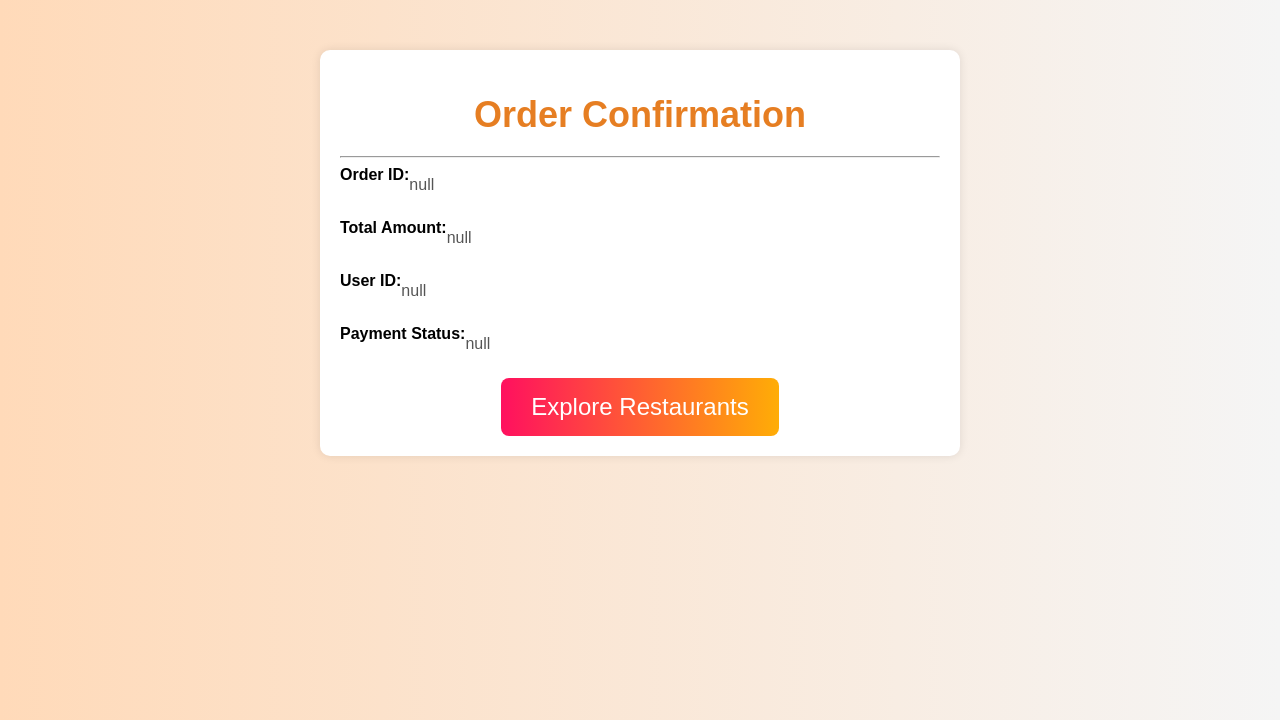
Repository: SWATHIBHUMA/FoodDelivaryApp
Page: http://localhost/FoodDelivaryApp/orderConfirmation.jsp
The author's editor kept a copy of each file at every save. The page is drawn from the files as they stood at one save, then again after the next save.
The browser window is 1280 px wide. The pictures show the whole page.
The page is served by Tomcat 9.

Above is the page before, as saved 2024-01-16 07:28:08.

After the next save:
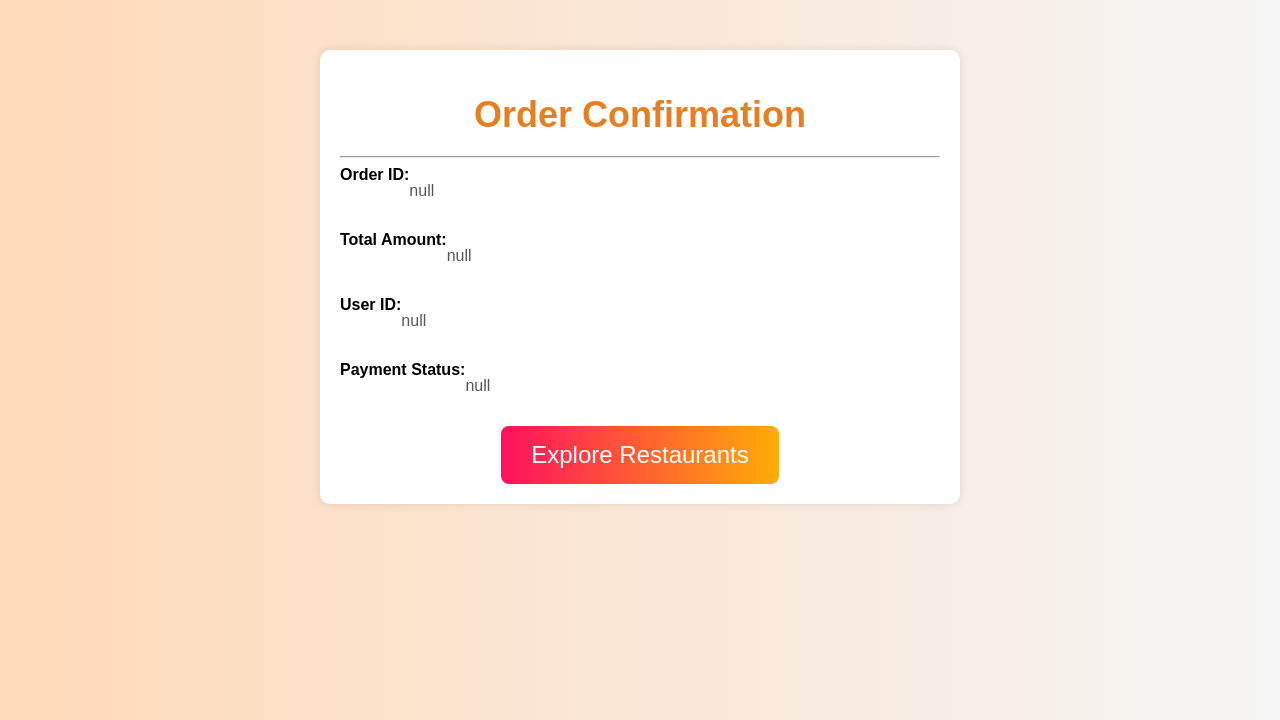
Saved 62 s later.
--- a/FoodDelivaryApp/src/main/webapp/orderConfirmation.jsp
+++ b/FoodDelivaryApp/src/main/webapp/orderConfirmation.jsp
@@ -67,7 +67,7 @@
 
         p {
             color: #555;
-            margin: 10px 0;
+            /*margin: 10px 0;*/
         }
 
         .form-group {

After the save that followed:
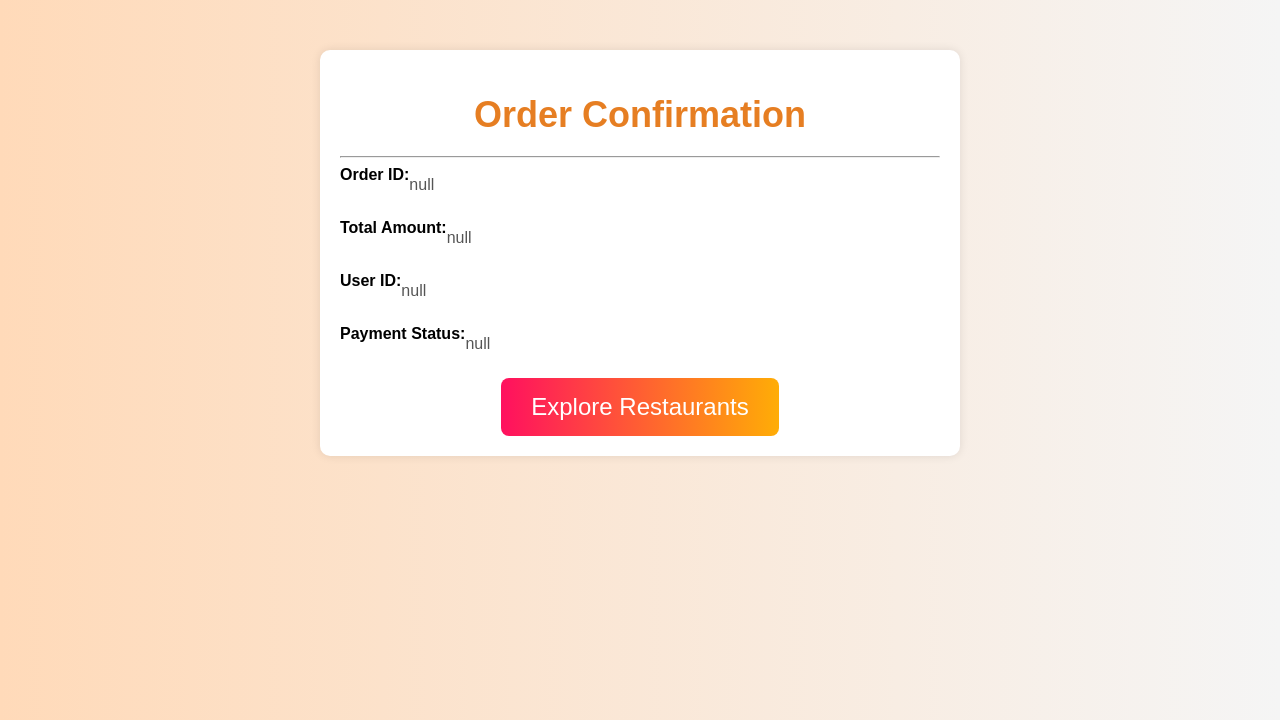
Saved 11 s later.
--- a/FoodDelivaryApp/src/main/webapp/orderConfirmation.jsp
+++ b/FoodDelivaryApp/src/main/webapp/orderConfirmation.jsp
@@ -67,7 +67,7 @@
 
         p {
             color: #555;
-            /*margin: 10px 0;*/
+            margin: 10px 0;
         }
 
         .form-group {
